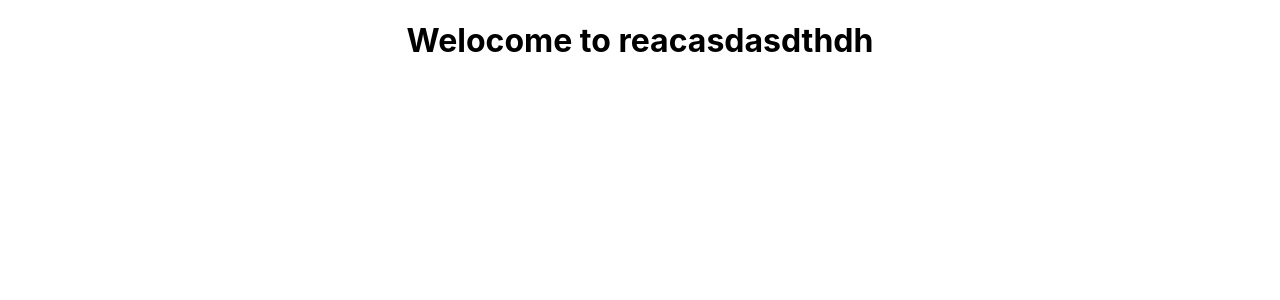
Repository: Green-Technologies-Angular/React-js
Page: /
These files come from the project's save history. The page is drawn as it stood at one moment and after the next save; the edit follows.
The browser window is 1280 px wide. The pictures show the whole page.
The project was rebuilt for these pictures with package versions that can differ from the ones it lists, and the page was loaded fresh each time.

Above is the page before, as saved 2019-03-18 09:49:03.

### public/index.html
<!DOCTYPE html>
<html lang="en">
  <head>
    <meta charset="utf-8" />
    <link rel="shortcut icon" href="%PUBLIC_URL%/favicon.ico" />
    <meta
      name="viewport"
      content="width=device-width, initial-scale=1, shrink-to-fit=no"
    />
    <meta name="theme-color" content="#000000" />
    <!--
      manifest.json provides metadata used when your web app is installed on a
      user's mobile device or desktop. See https://developers.google.com/web/fundamentals/web-app-manifest/
    -->
    <link rel="manifest" href="%PUBLIC_URL%/manifest.json" />
    <!--
      Notice the use of %PUBLIC_URL% in the tags above.
      It will be replaced with the URL of the `public` folder during the build.
      Only files inside the `public` folder can be referenced from the HTML.

      Unlike "/favicon.ico" or "favicon.ico", "%PUBLIC_URL%/favicon.ico" will
      work correctly both with client-side routing and a non-root public URL.
      Learn how to configure a non-root public URL by running `npm run build`.
    -->
    <title>React App</title>
  </head>
  <body>
    <noscript>You need to enable JavaScript to run this app.</noscript>
    <div id="root">

    </div>
    <!--
      This HTML file is a template.
      If you open it directly in the browser, you will see an empty page.

      You can add webfonts, meta tags, or analytics to this file.
      The build step will place the bundled scripts into the <body> tag.

      To begin the development, run `npm start` or `yarn start`.
      To create a production bundle, use `npm run build` or `yarn build`.
    -->
  </body>
</html>

### src/App.js
import React, { Component } from 'react';
import logo from './logo.svg';
import './App.css';

class App extends Component {
  constructor(props){
    super(props);
    this.state = {
      firstName : "Tamil",
      lastName : "Mani"
    }
  }
  render() {
    return (
      <div className="App">
        <h1>Welocome to reacasdasdthdh</h1>
      </div>
    );
  }
}

export default App;

Loaded but not shown: src/index.js (common file); src/index.css (common file); src/serviceWorker.js (common file); src/App.css (common file)

After the next save:
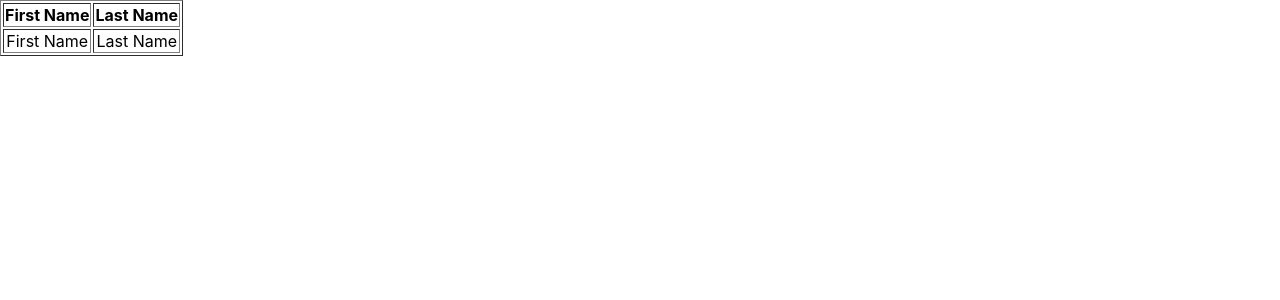
Saved 3 min 55 s later.
--- a/src/App.js
+++ b/src/App.js
@@ -13,7 +13,28 @@ class App extends Component {
   render() {
     return (
       <div className="App">
-        <h1>Welocome to reacasdasdthdh</h1>
+        <table border="1">
+          <thead>
+            <tr>
+              <th>
+                First Name
+              </th>
+              <th>
+                Last Name
+              </th>
+            </tr>
+          </thead>
+          <tbody>
+            <tr>
+              <td>
+                First Name
+              </td>
+              <td>
+                Last Name
+              </td>
+            </tr>
+          </tbody>
+        </table>
       </div>
     );
   }
